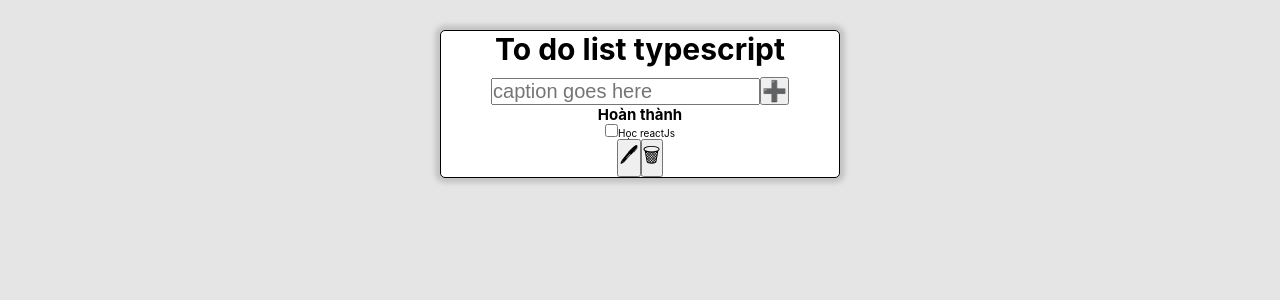
Repository: Nhatktvn/TodoListReactTs
Page: /
The author's editor kept a copy of each file at every save. The page is drawn from the files as they stood at one save, then again after the next save.
The browser window is 1280 px wide. The pictures show the whole page.
The project was rebuilt for these pictures with package versions that can differ from the ones it lists, and the page was loaded fresh each time. Also part of the build but not shown: src/components/TaskList/tasklist.module.scss.

Above is the page before, as saved 2023-11-08 08:43:49.

After the next save:
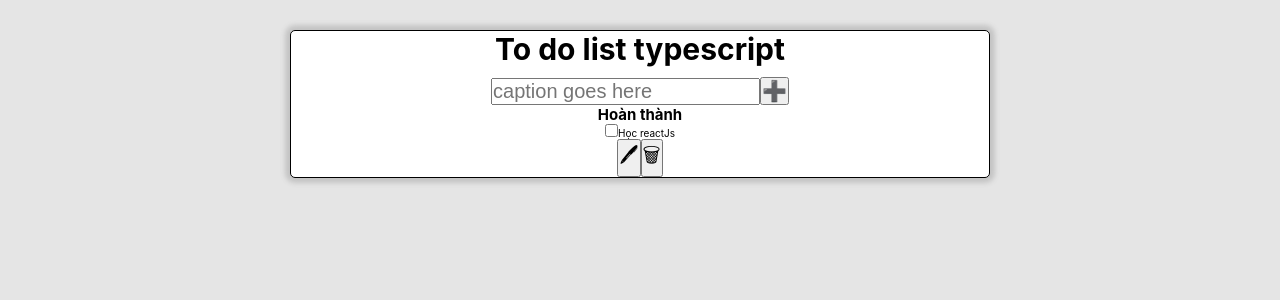
Saved 29 s later.
--- a/src/components/TodoList/todoList.module.scss
+++ b/src/components/TodoList/todoList.module.scss
@@ -3,7 +3,7 @@
 }
 .todoListContainer {
   background-color: #fff;
-  max-width: 40rem;
+  max-width: 70rem;
   border-radius: 5px;
   margin: 0 auto;
   border: 1px solid #000;

After the save that followed:
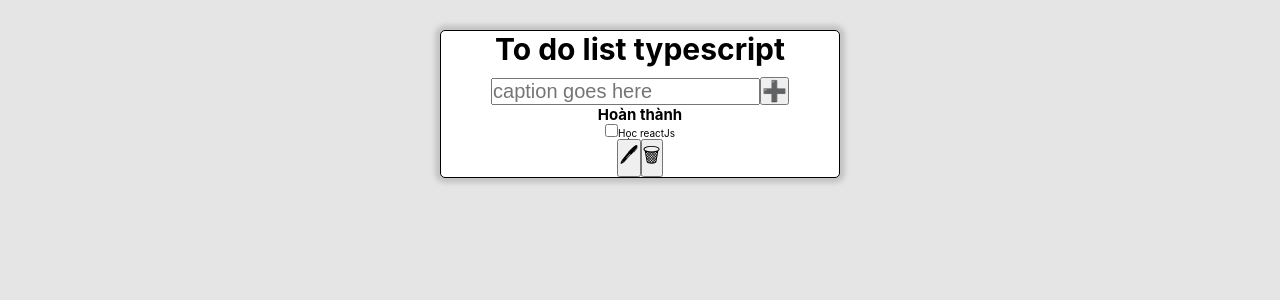
Saved 4 s later.
--- a/src/components/TodoList/todoList.module.scss
+++ b/src/components/TodoList/todoList.module.scss
@@ -3,7 +3,7 @@
 }
 .todoListContainer {
   background-color: #fff;
-  max-width: 70rem;
+  max-width: 40rem;
   border-radius: 5px;
   margin: 0 auto;
   border: 1px solid #000;
